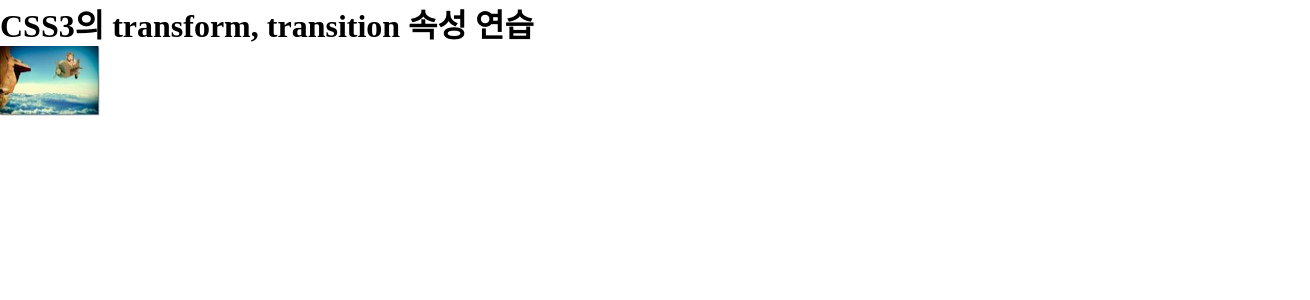
Repository: bianchi112/ict-data
Page: web_workspace/testCSSProject/src/main/webapp/views/test/transform.html
These files come from the project's save history. The page is drawn as it stood at one moment and after the next save; the edit follows.
The browser window is 1280 px wide. The page is 1280 px wide, then 1310 px, so the pictures cover 1310 px, including what lies to the right of the window. The pictures show the whole page.

Above is the page before, as saved 2024-09-02 07:38:55.

### web_workspace/testCSSProject/src/main/webapp/views/test/transform.html
<!DOCTYPE html>
<html lang="ko">
<head>
<meta charset="UTF-8">
<title>testc</title>
<link href="/testc/resources/css/transform.css" rel="stylesheet" type="text/css">
</head>
<body>
<h1>CSS3의 transform, transition 속성 연습</h1>
<a href="#">
	<div class="myphoto1">
		<img src="/testc/resources/images/ph1.jpg" width="100" height="70">
	</div>
</a>
</body>
</html>

### web_workspace/testCSSProject/src/main/webapp/resources/css/transform.css
@charset "UTF-8";

/* transform.css
	transform.html 에 사용할 스타일시트 파일
	transform,  transition 속성 테스트용
*/

* { margin: 0; padding:0; } /* 모든 태그들의 바깥여백, 안쪽여백 모두 없앰 */

After the next save:
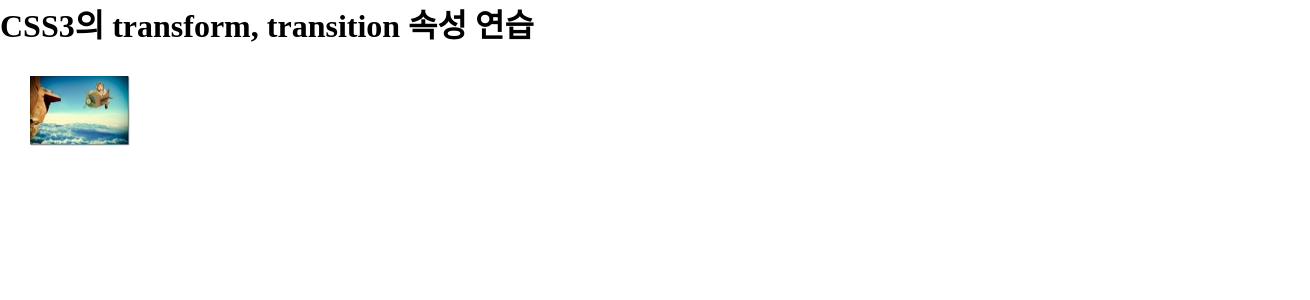
Saved 2 min 28 s later.
--- a/web_workspace/testCSSProject/src/main/webapp/resources/css/transform.css
+++ b/web_workspace/testCSSProject/src/main/webapp/resources/css/transform.css
@@ -6,3 +6,9 @@
 */
 
 * { margin: 0; padding:0; } /* 모든 태그들의 바깥여백, 안쪽여백 모두 없앰 */
+
+div.myphoto1{
+	position: relative;
+	left: 30px;
+	top: 30px;
+}
